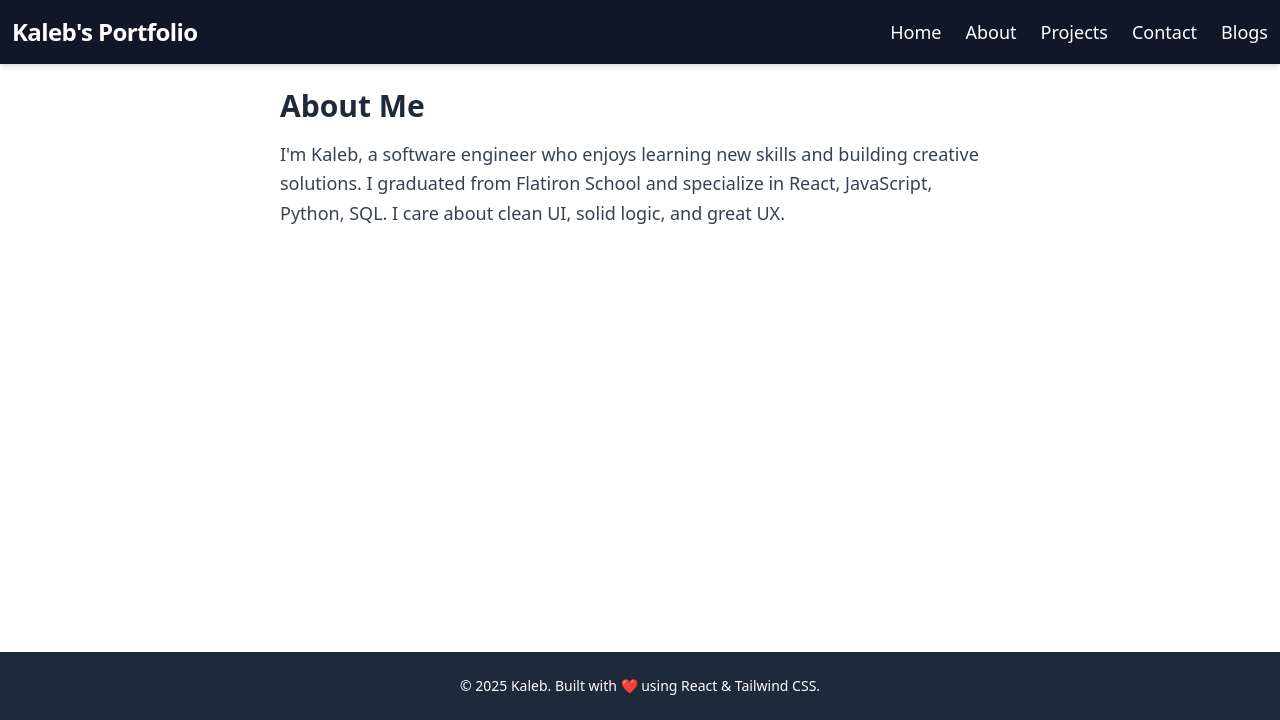
Repository: KalebMalone/portfolio-site
Page: /about
An editor plug-in stored every save of this project. The page is shown before and after a run of saves, followed by the edit.
The browser window is 1280 px wide. The pictures show the whole page.
The project was rebuilt for these pictures with package versions that can differ from the ones it lists, and the page was loaded fresh each time. Also part of the build but not shown: vite.config.js, src/pages/Home.jsx, src/pages/Projects.jsx, src/pages/Contact.jsx, src/pages/Blogs.jsx.

Above is the page before, as saved 2025-04-23 17:42:42.

### src/App.jsx
import { BrowserRouter as Router, Routes, Route } from 'react-router-dom';
import Header from './components/Header';
import Footer from './components/Footer';

import Home from './pages/Home';
import About from './pages/About';
import Projects from './pages/Projects';
import Contact from './pages/Contact';
import Blogs from './pages/Blogs'; // Import Blogs page

function App() {
  return (
    <Router>
      <div className="flex flex-col min-h-screen">
        <Header />

        <main className="flex-grow">
          <Routes>
            <Route path="/" element={<Home />} />
            <Route path="/about" element={<About />} />
            <Route path="/projects" element={<Projects />} />
            <Route path="/contact" element={<Contact />} />
            <Route path="/blogs" element={<Blogs />} /> {/* Add route for Blogs */}
          </Routes>
        </main>

        <Footer />
      </div>
    </Router>
  );
}

export default App;

### src/index.css
@import 'tailwindcss';  /* Or use the Tailwind directives below */

/* Or alternatively, use these Tailwind directives directly in your CSS */
@tailwind base;
@tailwind components;
@tailwind utilities;

### src/components/Header.jsx
import { Link } from 'react-router-dom';

const Header = () => {
    return (
        <header className="bg-gray-900 text-white shadow-md py-4">
            <nav className="max-w-9xl mx-auto flex justify-between items-center px-3">
                {/* Logo/Brand Name (Left-aligned) */}
                <h1 className="text-2xl font-bold tracking-tight">Kaleb's Portfolio</h1>

                {/* Navigation Links (Right-aligned) */}
                <ul className="flex space-x-6 text-lg"> {/* Reduced space between items */}
                    {['Home', 'About', 'Projects', 'Contact', 'Blogs'].map((page) => ( // Add Blogs here
                        <li key={page}>
                            <Link
                                to={`/${page.toLowerCase() === 'home' ? '' : page.toLowerCase()}`}
                                className="hover:text-blue-400 transition-colors duration-200"
                            >
                                {page}
                            </Link>
                        </li>
                    ))}
                </ul>
            </nav>
        </header>
    );
};

export default Header;

### src/components/Footer.jsx
const Footer = () => {
    return (
        <footer className="bg-gray-800 text-white text-center py-6 mt-10">
            <p className="text-sm">© {new Date().getFullYear()} Kaleb. Built with ❤️ using React & Tailwind CSS.</p>
        </footer>
    );
};

export default Footer;

### src/pages/About.jsx
const About = () => {
    return (
        <section className="max-w-3xl mx-auto p-6">
            <h2 className="text-3xl font-bold text-gray-800 mb-4">About Me</h2>
            <p className="text-gray-700 text-lg leading-relaxed">
                I'm Kaleb, a software engineer who enjoys learning new skills and building creative solutions. I graduated from Flatiron School and specialize in React, JavaScript, Python, SQL. I care about clean UI, solid logic, and great UX.
            </p>
        </section>
    );
};

export default About;

Loaded but not shown: index.html (common file); src/main.jsx (common file)

After the next 2 saves:
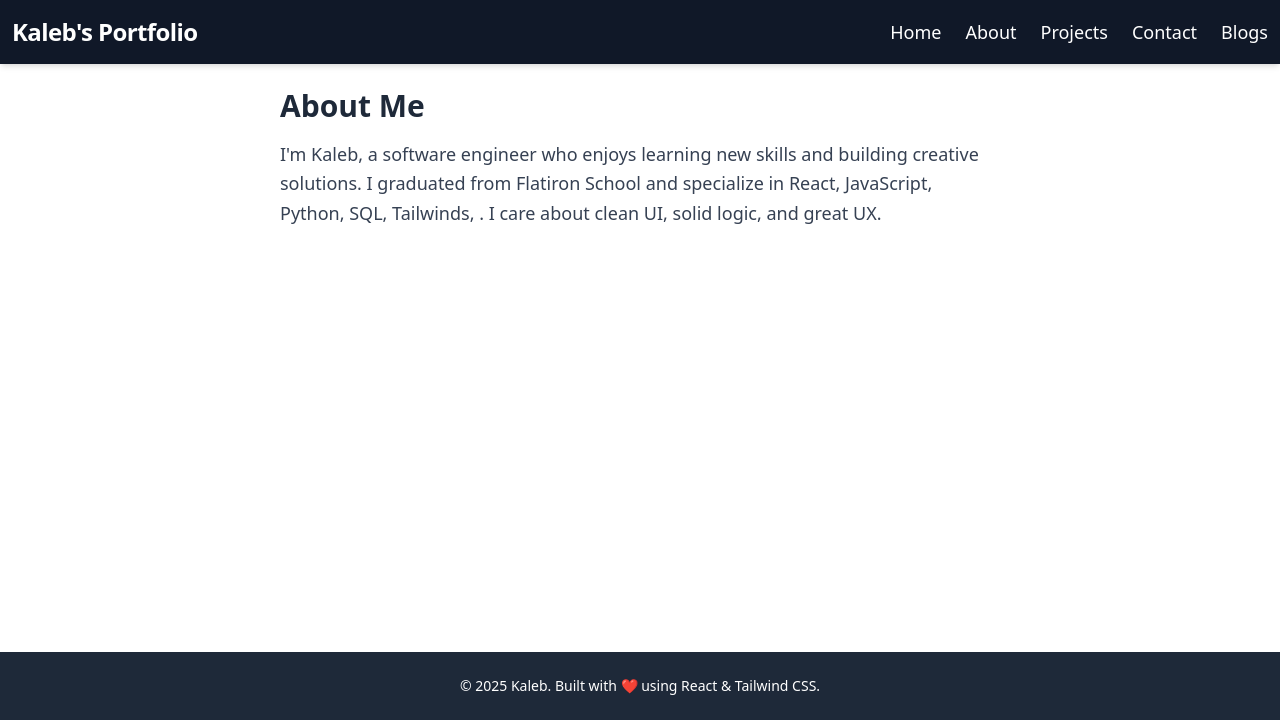
The 2 saves are shown as one change because they came seconds apart.
The last was saved 7 s later.
--- a/src/pages/About.jsx
+++ b/src/pages/About.jsx
@@ -3,7 +3,7 @@ const About = () => {
         <section className="max-w-3xl mx-auto p-6">
             <h2 className="text-3xl font-bold text-gray-800 mb-4">About Me</h2>
             <p className="text-gray-700 text-lg leading-relaxed">
-                I'm Kaleb, a software engineer who enjoys learning new skills and building creative solutions. I graduated from Flatiron School and specialize in React, JavaScript, Python, SQL. I care about clean UI, solid logic, and great UX.
+                I'm Kaleb, a software engineer who enjoys learning new skills and building creative solutions. I graduated from Flatiron School and specialize in React, JavaScript, Python, SQL, Tailwinds, . I care about clean UI, solid logic, and great UX.
             </p>
         </section>
     );
